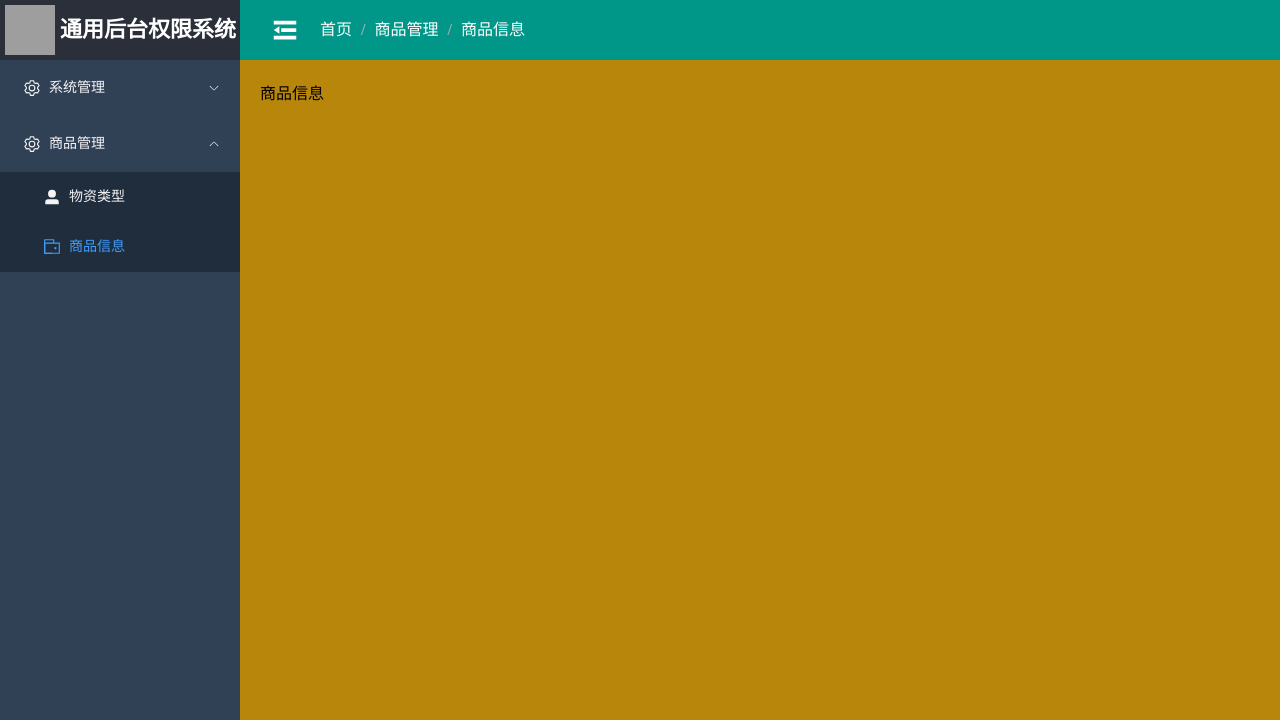
Repository: Langxecho/vite-project
Page: /goodsList
The author's editor kept a copy of each file at every save. The page is drawn from the files as they stood at one save, then again after a run of saves.
The browser window is 1280 px wide. The pictures show the whole page.
Pictures or frames that could not be fetched are drawn as grey boxes. The project was rebuilt for these pictures with package versions that can differ from the ones it lists, and the page was loaded fresh each time. Also part of the build but not shown: vite.config.ts.

Above is the page before, as saved 2024-11-08 20:00:52.

### index.html
<!doctype html>
<html lang="en">
  <head>
    <meta charset="UTF-8" />
    <link rel="icon" type="image/svg+xml" href="/vite.svg" />
    <meta name="viewport" content="width=device-width, initial-scale=1.0" />
    <title>通用权限管理系统</title>
    <style>
      html,
      body,
      #app {
        padding: 0px;
        margin: 0px;
        height: 100%;
        box-sizing: border-box;
      }
    </style>
  </head>
  <body>
    <div id="app"></div>
    <script type="module" src="/src/main.ts"></script>
  </body>
</html>

### src/main.ts
import { createApp } from 'vue'
import App from './App.vue'
import router from '@/router/index'

// 引入 Element Plus
import ElementPlus from 'element-plus'
import 'element-plus/dist/index.css'

// 引入 Element Plus 图标
import * as ElementPlusIconsVue from '@element-plus/icons-vue'

import { createPinia } from 'pinia'
const pinia = createPinia()
const app = createApp(App)

app.use(ElementPlus).use(router).use(pinia).mount('#app')

// 全局注册图标组件
for (const [key, component] of Object.entries(ElementPlusIconsVue)) {
  app.component(key, component)
}

### src/router/index.ts
import { createRouter, createWebHistory, RouteRecordRaw } from "vue-router";
import Layout from "@/layout/Index.vue";

const routes: Array<RouteRecordRaw> = [
  {
    path: "/",
    component: Layout,
    redirect: "/dashboard",
    children: [
      {
        path: "/dashboard",
        component: () => import("@/views/dashboard/Index.vue"),
        name: "dashboard",
        meta: { title: "首页", icon: "#icondashboard" },
      },
    ],
  },
  {
    path: "/system",
    component: Layout,
    name: "system",
    meta: { title: "系统管理", icon: "Setting", roles: ["sys:manage"] },
    children: [
      {
        path: "/userList",
        component: () => import("@/views/system/User/UserList.vue"),
        name: "userList",
        meta: { title: "用户管理", icon: "UserFilled", roles: ["sys:user"] },
      },
      {
        path: "/roleList",
        component: () => import("@/views/system/Role/RoleList.vue"),
        name: "roleList",
        meta: { title: "角色管理", icon: "Wallet", roles: ["sys:role"] },
      },
      {
        path: "/menuList",
        component: () => import("@/views/system/Menu/MenuList.vue"),
        name: "menuList",
        meta: { title: "菜单管理", icon: "Menu", roles: ["sys:menu"] },
      },
    ],
  },
  {
    path: "/goodsRoot",
    component: Layout,
    name: "goodsRoot",
    meta: { title: "商品管理", icon: "Setting", roles: ["sys:goodsRoot"] },
    children: [
      {
        path: "/category",
        component: () => import("@/views/category/CategoryList.vue"),
        name: "category",
        meta: {
          title: "商品类型",
          icon: "UserFilled",
          roles: ["sys:category"],
        },
      },
      {
        path: "/goodsList",
        component: () => import("@/views/goods/GoodsList.vue"),
        name: "goodsList",
        meta: { title: "商品信息", icon: "Wallet", roles: ["sys:goodsList"] },
      },
    ],
  },
];

const router = createRouter({
  history: createWebHistory(),
  routes,
});

export default router;

### src/layout/Index.vue
<template>
  <el-container class="layout">
    <el-aside width="auto" class="asside">
      <menu-bar></menu-bar>
    </el-aside>
    <el-container>
      <el-header class="header">
        <Header />
      </el-header>
      <el-main class="main">
        <router-view></router-view>
      </el-main>
    </el-container>
  </el-container>
</template>

<script setup lang="ts">
import Header from "@/layout/header/Header.vue";
import MenuBar from "@/layout/menu/MenuBar.vue";
</script>

<style lang="scss">
.layout {
  height: 100%;
}

.asside {
  background-color: #304156;
}

.header {
  display: flex;
  align-items: center;
  background-color: #009688;
}

.main {
  background-color: darkgoldenrod;
}
</style>

### src/views/goods/GoodsList.vue
<template>
  <div>商品信息</div>
</template>

<script setup lang="ts"></script>

<style scoped></style>

### src/layout/header/Header.vue
<template>
  <div class="header-container">
    <Collapse></Collapse>
    <BreadCrumb></BreadCrumb>
  </div>
</template>

<script setup lang="ts">
import Collapse from "./Collapse.vue";
import BreadCrumb from "./BreadCrumb.vue";
</script>

<style scoped lang="scss">
.header-container {
  display: flex;
  align-items: center;
  justify-content: space-between; /* 可选：如果你希望 Collapse 和 BreadCrumb 在水平方向上分开 */
  padding: 10px;
}
</style>

### src/layout/menu/MenuBar.vue
<template>
  <menu-logo></menu-logo>
  <el-menu
    :default-active="activeIndex"
    class="el-menu-vertical-demo"
    :collapse="isCollapse"
    unique-opened
    background-color="#304156"
    @open="handleOpen"
    @close="handleClose"
    router
  >
    <menu-item :menuList="menuList"></menu-item>
  </el-menu>
</template>

<script setup lang="ts">
import { reactive, computed } from "vue";
import { useMenuStore } from "@/store/menu/index";
import MenuItem from "@/layout/menu/MenuItem.vue";
import MenuLogo from "./MenuLogo.vue";
import { useRoute } from "vue-router";
const store = useMenuStore();
const isCollapse = computed(() => {
  return store.getCollapse;
});
const route = useRoute();

// 获取激活的菜单
const activeIndex = computed(() => {
  const { path } = route;
  return path;
});

// 在这里，你可以添加更多的响应式数据、方法等
const handleOpen = (key: string, keyPath: string[]) => {
  console.log(key, keyPath);
};

const handleClose = (key: string, keyPath: string[]) => {
  console.log(key, keyPath);
};

let menuList = reactive([
  {
    path: "/system",
    component: "Layout",
    name: "system",
    meta: {
      title: "系统管理",
      icon: "Setting",
      roles: ["sys:manage"],
    },
    children: [
      {
        path: "/userList",
        component: "/system/User/UserList",
        name: "userList",
        meta: {
          title: "用户管理",
          icon: "UserFilled",
          roles: ["sys:user"],
        },
      },
      {
        path: "/roleList",
        component: "/system/Role/RoleList",
        name: "roleList",
        meta: {
          title: "角色管理",
          icon: "Wallet",
          roles: ["sys:role"],
        },
      },
      {
        path: "/menuList",
        component: "/system/Menu/MenuList",
        name: "menuList",
        meta: {
          title: "菜单管理",
          icon: "Menu",
          roles: ["sys:menu"],
        },
      },
    ],
  },
  {
    path: "/goodsRoot",
    component: "Layout",
    name: "goodsRoot",
    meta: {
      title: "商品管理",
      icon: "Setting",
      roles: ["sys:goodsRoot"],
    },
    children: [
      {
        path: "/category",
        component: "/goods/Category",
        name: "category",
        meta: {
          title: "物资类型",
          icon: "UserFilled",
          roles: ["sys:category"],
        },
      },
      {
        path: "/goodsList",
        component: "/goods/GoodsList",
        name: "goodsList",
        meta: {
          title: "商品信息",
          icon: "Wallet",
          roles: ["sys:goodsList"],
        },
      },
    ],
  },
]);
</script>

<style scoped lang="scss">
.el-menu-vertical-demo:not(.el-menu--collapse) {
  width: 240px;
  min-height: 400px;
}

.el-menu {
  border-right: none;
}

:deep(.el-sub-menu .el-sub-menu__title) {
  color: #f4f4f5 !important;
}

:deep(.el-menu .el-menu-item) {
  color: #bfcbd9;
}

:deep(.el-menu-item.is-active) {
  color: #409eff !important;
}

:deep(.is-opened .el-menu-item) {
  background-color: #1f2d3d !important;
}

:deep(.el-menu-item:hover) {
  background-color: #001528 !important;
}
</style>

### src/layout/header/Collapse.vue
<template>
  <el-icon @click="setCollapse" style="cursor: pointer" color="#FFF" size="30">
    <component :is="status ? 'Fold' : 'Expand'" />
  </el-icon>
</template>

<script setup lang="ts">
import { computed } from "vue";
import { Fold, Expand } from "@element-plus/icons-vue";
import { useMenuStore } from "@/store/menu/index";

// 获取 store
const store = useMenuStore();

// 获取状态
const status = computed(() => !store.getCollapse);

// 切换图标点击事件
const setCollapse = () => {
  store.setCollapse(!store.getCollapse);
};
</script>

<style scoped>
/* 你可以根据需要添加样式 */
</style>

### src/layout/header/BreadCrumb.vue
<template>
  <el-breadcrumb class="bred" separator="/">
    <el-breadcrumb-item v-for="(item, index) in tabs" :key="index">{{
      item.meta.title
    }}</el-breadcrumb-item>
  </el-breadcrumb>
</template>

<script setup lang="ts">
import { ref, watch, onMounted } from "vue";
import { useRoute, RouteLocationMatched } from "vue-router";

// 获取当前路由
const route = useRoute();

// 定义面包屑导航数据
const tabs = ref<RouteLocationMatched[]>([]);

// 获取面包屑数据
const getBredcrumb = () => {
  let matched = route.matched.filter((item) => item.meta && item.meta.title);

  // 获取第一个匹配项
  const first = matched[0];

  // 如果不是首页，添加首页作为面包屑的第一个项
  if (first && first.path !== "/dashboard") {
    matched = [
      { path: "/dashboard", meta: { title: "首页" } } as RouteLocationMatched,
    ].concat(matched);
  }

  tabs.value = matched;
};

// 在组件挂载时调用
onMounted(() => {
  getBredcrumb();
});

// 监听当前路由变化，更新面包屑
watch(
  () => route.path,
  () => {
    getBredcrumb();
  },
);
</script>

<style scoped lang="scss">
.bred {
  margin-left: 20px;
}

:deep(.el-breadcrumb__inner) {
  color: #fff !important; /* 修改字体颜色 */
}

:deep(.el-breadcrumb__inner a) {
  color: #fff !important; /* 修改字体颜色 */
}

:deep(.el-breadcrumb__item) {
  font-size: 16px !important; /* 修改字体大小 */
}
</style>

### src/store/menu/index.ts
import { defineStore } from "pinia";
import { ref, computed } from "vue";

// 定义 store
export const useMenuStore = defineStore("menuStore", () => {
  // state
  const collapse = ref(false);

  // getters
  const getCollapse = computed(() => collapse.value);

  // actions
  const setCollapse = (newCollapse: boolean) => {
    collapse.value = newCollapse;
  };

  return {
    collapse,
    getCollapse,
    setCollapse,
  };
});

### src/layout/menu/MenuItem.vue
<template>
  <template v-for="menu in menuList" :key="menu.path">
    <el-sub-menu
      v-if="menu.children && menu.children.length > 0"
      :index="menu.path"
    >
      <template #title>
        <el-icon><component :is="menu.meta.icon" /></el-icon>
        <span>{{ menu.meta.title }}</span>
      </template>
      <menu-item :menuList="menu.children" />
    </el-sub-menu>

    <el-menu-item v-else style="color: #f4f4f5" :index="menu.path">
      <el-icon><component :is="menu.meta.icon" /></el-icon>
      <template #title>{{ menu.meta.title }}</template>
    </el-menu-item>
  </template>
</template>

<script setup lang="ts">
defineProps(["menuList"]);
</script>

<style scoped></style>

### src/layout/menu/MenuLogo.vue
<template>
  <div class="logo">
    <img :src="MenuLogo" />
    <span v-if="show" class="logo-title">{{ title }}</span>
  </div>
</template>

<script setup lang="ts">
import { ref, watch } from "vue";
import MenuLogo from "@/assets/MenuLogo.png";
import { useMenuStore } from "@/store/menu/index";

// 获取 store
const store = useMenuStore();
const title = ref("通用后台权限系统");

// 解决伸缩僵硬问题：延时显示 logo
const show = ref(true);
watch(
  () => store.getCollapse,
  (collapsed: boolean) => {
    if (!collapsed) {
      // 延时显示 logo
      setTimeout(() => {
        show.value = !collapsed;
      }, 300);
    } else {
      show.value = !collapsed;
    }
  },
);
</script>

<style scoped lang="scss">
.logo {
  display: flex;
  width: 100%;
  height: 60px;
  background-color: #2b2f3a;
  text-align: center;
  cursor: pointer;
  align-items: center;

  img {
    width: 50px;
    height: 50px;
    margin-right: 5px;
    margin-left: 5px;
  }

  .logo-title {
    color: #fff;
    font-weight: 800;
    line-height: 60px;
    font-size: 22px;
    font-family: FangSong;
  }
}
</style>

### src/layout/tabs/Tabs.vue
<template>
  <el-tabs
    v-model="activeTab"
    type="card"
    class="demo-tabs"
    closable
    @tab-remove="removeTab"
    @tab-click="clickBtn"
  >
    <el-tab-pane
      v-for="item in tabsList"
      :key="item.path"
      :label="item.title"
      :name="item.path"
    >
    </el-tab-pane>
  </el-tabs>
</template>

<script setup lang="ts">
import { computed, onMounted, ref, watch } from "vue";
import { Tab, useTabStore } from "@/store/tabs/index";
import { useRoute, useRouter } from "vue-router";
import { TabsPaneContext } from "element-plus";

// 获取 store
const store = useTabStore();

// 选中的选项卡数据
const activeTab = ref("");

// 选项卡数据
const tabsList = computed(() => {
  return store.getTab;
});

// 路由相关
const router = useRouter();
const route = useRoute();

// 选项卡点击事件
const clickBtn = (pane: TabsPaneContext) => {
  const { props } = pane;
  router.push({ path: props.name as string });
};

// 删除选项卡
const removeTab = (targetName: string) => {
  const tabs = tabsList.value;
  let activeName = activeTab.value;

  if (activeName === targetName) {
    tabs.forEach((tab: Tab, index: number) => {
      if (tab.path === targetName) {
        const nextTab = tabs[index + 1] || tabs[index - 1];
        if (nextTab) {
          activeName = nextTab.path;
        }
      }
    });
  }

  // 重新设置激活的选项卡
  activeTab.value = activeName;

  // 重新设置选项卡数据
  store.tabList = tabs.filter((tab: Tab) => tab.path !== targetName);

  // 跳转路由
  router.push({ path: activeName });
};

// 添加选项卡
const addTab = () => {
  const { path, meta } = route;
  const tab: Tab = { path: path, title: meta.title as string };
  store.addTab(tab);
};

// 添加选项卡：监听当前路由
watch(
  () => route.path,
  () => {
    setActiveTab();
    addTab();
  },
);

// 设置激活的选项卡
const setActiveTab = () => {
  activeTab.value = route.path;
};

// 初始化时设置激活的选项卡并添加选项卡
onMounted(() => {
  setActiveTab();
  addTab();
});
</script>

<style scoped lang="scss">
.el-tabs__header {
  margin: 0px;
}

.el-tabs__item {
  height: 26px !important;
  line-height: 26px !important;
  text-align: center !important;
  border: 1px solid #d8dce5 !important;
  margin: 0px 3px !important;
  color: #495060;
  font-size: 12px !important;
  padding: 0px 10px !important;
}

.el-tabs__nav {
  border: none !important;
}

.is-active {
  border-bottom: 1px solid transparent !important;
  border: 1px solid #42b983 !important;
  background-color: #42b983 !important;
  color: #fff !important;
}

.el-tabs__item:hover {
  color: #495060 !important;
}

.is-active:hover {
  color: #fff !important;
}

.el-tabs__nav-next {
  line-height: 26px !important;
}

.el-tabs__nav-prev {
  line-height: 26px !important;
}
</style>

### src/store/tabs/index.ts
import { defineStore } from "pinia";
import { ref, computed } from "vue";

// 定义选项卡数据类型
export type Tab = {
  title: string;
  path: string;
};

// 定义state的数据类型
export type TabState = {
  tabList: Tab[];
};

// 定义store
export const useTabStore = defineStore("tabStore", () => {
  // 定义state
  const tabList = ref<Tab[]>([]);

  // 计算属性获取选项卡列表
  const getTab = computed(() => tabList.value);

  // 添加选项卡数据
  const addTab = (tab: Tab) => {
    // 判断数据是否已存在选项卡列表中
    if (tabList.value.some((item) => item.path === tab.path)) return;
    tabList.value.push(tab);
  };

  return { tabList, getTab, addTab };
});

Loaded but not shown: src/App.vue (common file)

After the next 2 saves:
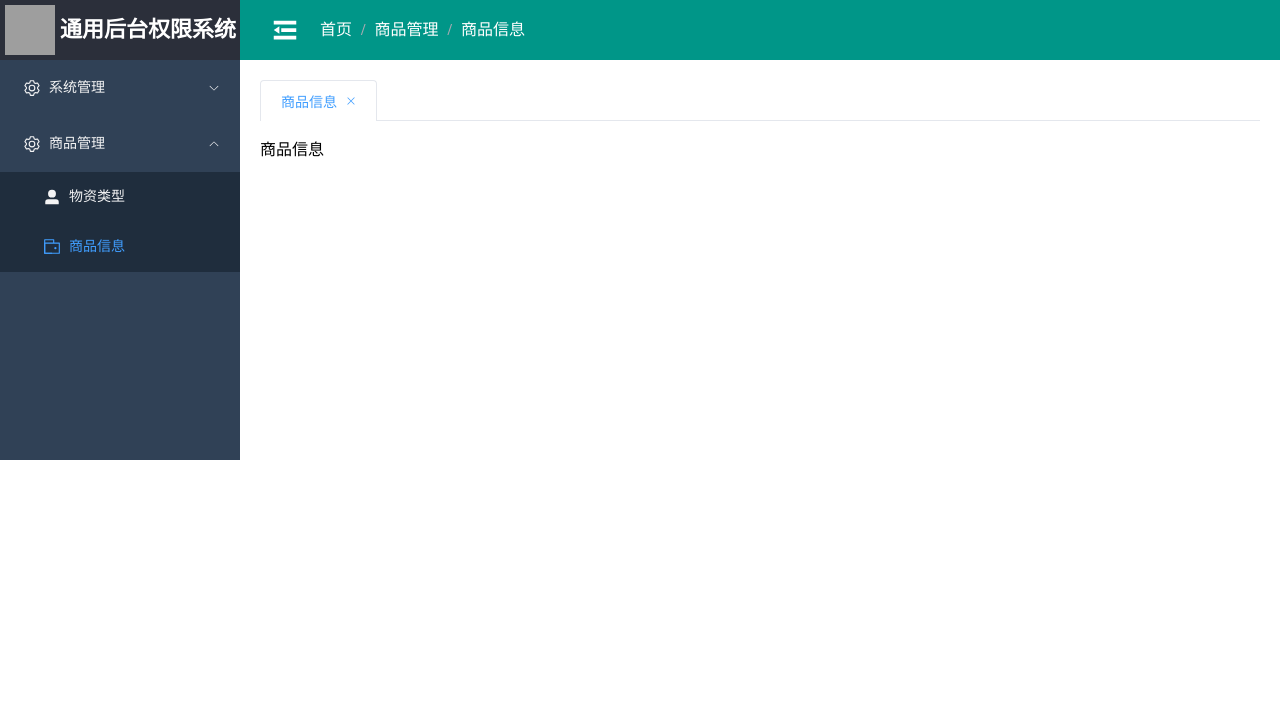
The 2 saves are shown as one change because they came seconds apart.
The last was saved 56 s later.
--- a/src/layout/Index.vue
+++ b/src/layout/Index.vue
@@ -1,13 +1,17 @@
 <template>
-  <el-container class="layout">
-    <el-aside width="auto" class="asside">
+  <el-container>
+    <!-- 左侧菜单栏 -->
+    <el-aside width="auto" class="leftmenu">
       <menu-bar></menu-bar>
     </el-aside>
+
+    <!-- 右侧内容区 -->
     <el-container>
       <el-header class="header">
-        <Header />
+        <Header></Header>
       </el-header>
       <el-main class="main">
+        <Tabs></Tabs>
         <router-view></router-view>
       </el-main>
     </el-container>
@@ -17,24 +21,25 @@
 <script setup lang="ts">
 import Header from "@/layout/header/Header.vue";
 import MenuBar from "@/layout/menu/MenuBar.vue";
+import Tabs from "@/layout/tabs/Tabs.vue";
 </script>
 
-<style lang="scss">
-.layout {
+<style scoped lang="scss">
+.mycontainer {
   height: 100%;
 }
 
-.asside {
+.leftmenu {
   background-color: #304156;
 }
 
 .header {
+  background-color: #009688;
   display: flex;
   align-items: center;
-  background-color: #009688;
 }
 
 .main {
-  background-color: darkgoldenrod;
+  background-color: #ffffff;
 }
 </style>
